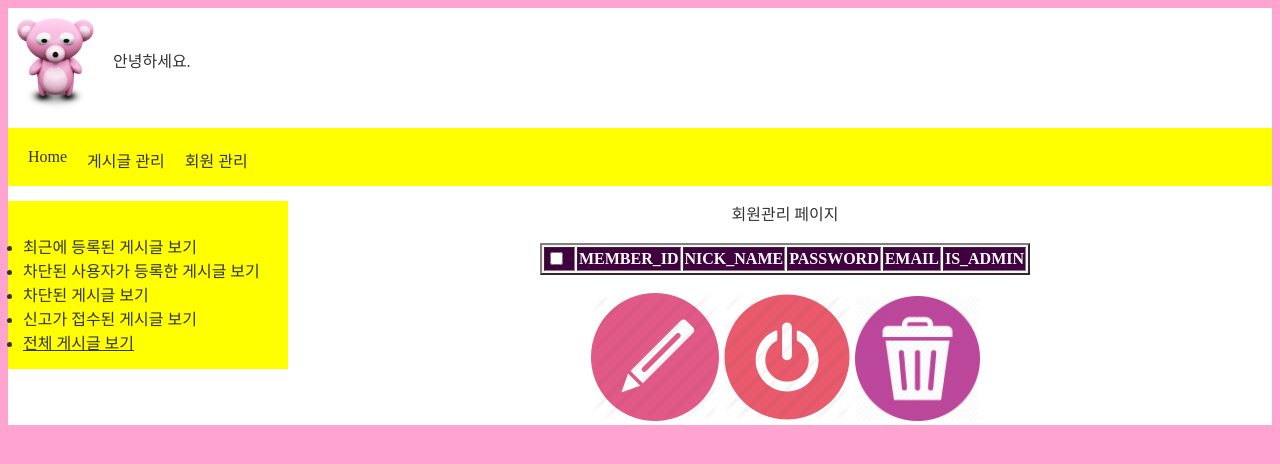
Repository: BaekJiGyeong/JSP_web
Page: http://localhost/Article-admin/WEB-INF/view/member/memberList.jsp
The author's editor kept a copy of each file at every save. The page is drawn from the files as they stood at one save, then again after the next save.
The browser window is 1280 px wide. The pictures show the whole page.
The page is served by Tomcat 9. Nobody is signed in. Other server files are loaded and not shown. The template is opened directly, without the code that normally fills it, so the values that code supplies are empty.

Above is the page before, as saved 2016-03-16 06:18:30.

### Article-admin/WebContent/WEB-INF/view/member/memberList.jsp
<%@ page language="java" contentType="text/html; charset=UTF-8"
    pageEncoding="UTF-8"%>
<%@taglib prefix="c" uri="http://java.sun.com/jsp/jstl/core" %>
<jsp:include page="/WEB-INF/view/common/header.jsp"></jsp:include>
<jsp:include page="/WEB-INF/view/article/leftMenu.jsp"></jsp:include>

<script type="text/javascript">
	$(document).ready(function(){
		$("#massiveSelectCheckBox").click(function(){
			 var isChecked = $(this).prop("checked");
			 $(".deleteMemberId").prop("checked",isChecked);
		});


		$("#massiveDeleteBtn").click(function(){
			var isChecked = false;

			$(".deleteMemberId").each(function(index,data){

				if (data.checked ) {
					isChecked = data.checked
				}
			});

			 if (!isChecked){
			alert("삭제할 대상을 선택하세요");
			return;
		}
			if(confirm("정말 삭제하시겠습니까?")){
				var form=$("#massiveDeleteForm");
				form.attr("method", "POST");
				form.attr("action", "<c:url value="/massiveDelete"/>");
				form.submit();
			}
		});
	});
</script>

<body>

<div id="members" align="center">
	회원관리 페이지
	<br/><br/>

	<table border="2" >
		<tr>
			<th><input type="checkbox" id="massiveSelectCheckBox"/></th>
			<th>MEMBER_ID</th>
			<th>NICK_NAME</th>
			<th>PASSWORD</th>
			<th>EMAIL</th>
			<th>IS_ADMIN</th>
		</tr>

	<form id="massiveDeleteForm">
	<c:forEach items="${ members }" var="members">
		<tr>
			<td>
				<input type="checkbox" class="deleteMemberId"
						name = "deleteMemberId"
						value ="${members.memberId }"/>
			</td>
			<td>${ members.memberId }</td>
			<td>${ members.nickName }</td>
			<td>${ members.password }</td>
			<td>${ members.email}</td>
			<td>${ members.isAdmin}</td>
	</tr>
	</c:forEach>
	</form>

	</table>
	<br/>


	<a href="<c:url value="/write"/>"><img src="<c:url value="/resource/img/write.png"/>" id="btnWrite" /></a>
	<a href="<c:url value="/logout"/>"><img src="<c:url value="/resource/img/exit.png"/>" id="btnExit" /></a>
	<img src="<c:url value="/resource/img/trashcan.png"/>" id="massiveDeleteBtn" width=125px height=125px; />


	</br>
</div>
</body>

### Article-admin/WebContent/WEB-INF/view/common/header.jsp
<%@ page language="java" contentType="text/html; charset=UTF-8"
    pageEncoding="UTF-8"%>
<%@ taglib prefix="c" uri="http://java.sun.com/jsp/jstl/core" %>
<!DOCTYPE html>
<html>
<head>
<meta http-equiv="Content-Type" content="text/html; charset=UTF-8">
<link rel="stylesheet" type="text/css" href="<c:url value="/resource/css/header.css"/>"/>
<link rel="stylesheet" type="text/css" href="<c:url value="/resource/css/login.css"/>"/>
<script type="text/javascript" src="<c:url value="/resource/js/jquery-1.12.1.js"/>"></script>


<title>관리자페이지</title>
</head>
<body>

	<div id="wrapper">

		<div id="header">


			<a href="<c:url value="/list"/>"><img src="<c:url value= "/resource/img/icon.png"/>"></a> <div>안녕하세요.</div>

		</div>
		<div class="clear"></div>
		<jsp:include page="/WEB-INF/view/common/topMenu.jsp"></jsp:include>
		<div class="clear"></div>

### Article-admin/WebContent/WEB-INF/view/common/topMenu.jsp
<%@ page language="java" contentType="text/html; charset=UTF-8"
    pageEncoding="UTF-8"%>

<%@ taglib prefix="c" uri="http://java.sun.com/jsp/jstl/core"%>

<script type="text/javascript">

$(document).ready(function(){

	$("#manageMember").click(function(){
		location.href = "<c:url value="/memberManage"/>";
	});

});
</script>

<div id="topNavi">
	<ul id="topMenu">
		<li>Home</li>
		<li>게시글 관리</li>
		<li id="manageMember">회원 관리</li>
	</ul>
</div>

### Article-admin/WebContent/WEB-INF/view/article/leftMenu.jsp
<%@ page language="java" contentType="text/html; charset=UTF-8"
    pageEncoding="UTF-8"%>
<%@ taglib prefix="c" uri="http://java.sun.com/jsp/jstl/core" %>
<div id="leftMenu">
	<ul>
		<li>최근에 등록된 게시글 보기</li>
		<li>차단된 사용자가 등록한 게시글 보기</li>
		<li>차단된 게시글 보기</li>
		<li>신고가 접수된 게시글 보기</li>
		<li>
			<a href="<c:url value="/list"/>">전체 게시글 보기</a>
		</li>
	</ul>
</div>

### Article-admin/WebContent/resource/css/header.css
@CHARSET "UTF-8";

body, input, div, span, p, a, td, th, caption, lable, h1, h2, h3, h4, h5, h6, textarea, iframe, ul, al, li, dd, dt, b, u, i, strong, pre, code, address, city, header, aside{
	color:#333333;
	font-family: "나눔바른고딕", "나눔고딕", "돋움체";
	font-size: 12pt;

}

table {
	background-color: #fff0f8;

}


img {
	/* 이미지 주변의 파란 줄 제거 */
	border: none;
}


body {
	background-color: #ffa4d1;
}

input {
	margin-right: 10px;
}
th {
	background-color: #400040;
	color:#ffffff;
}

div#wrapper {
	width: 100%;
	background-color: #FFFFFF;
}

div#header img {
	width: 95px;
	height: 95px;
	float: left;
	margin-top :10px;
	margin-right: 10px;
}

div#header div {
	padding-top: 40px;
	float: left;
}

div#listcss {
	float:left;
	background-color: #ffa4d1;
	padding : 10px;
}
div#reply{
	width: 50%;
}
ul#topMenu li{
	margin-left:20px;
	float:left;
	cursor: pointer;
}
ul#topMenu li:FIRST-CHILD{
	margin-left:0px;

}

div#topNavi ul#topMenu{
	list-style:none;
	display: inline;
	margin-left: 30px;
}
div#topNavi{
	padding-left: 20px;
	padding-top: 20px;
	padding-bottom: 20px;
	margin-top: 15px;
	margin-bottom: 15px;
	background-color: #ffff00;
}
div#leftMenu{
	float:left;
	width: 250px;
	height: 100%;
	padding: 15px;
	margin-right: 10px;
	background-color: #ffff00;


}
div#leftMenu ul{
	list-syle : none;
	display: inline;
}
div#leftMenu ul ui{
	padding-top:5px;
	padding-bottom:5px;
}
div#leftMenu ul ui:FIRST-CHILD{
	padding-top:0px;
}
div.clear{
	clear: both;
}

### Article-admin/WebContent/resource/css/login.css
@CHARSET "UTF-8";


#btnLogin{
	height:40px;
	float:right;
	margin-right:10px;
}
#btnJoin{
	height:40px;
	float:right;
	margin-right:10px;

}


div#login {
	text-align:right;
}


div#login input{
	margin-bottom:10px;
	float:right;
}

Loaded but not shown: Article-admin/WebContent/resource/js/jquery-1.12.1.js (library)

After the next save:
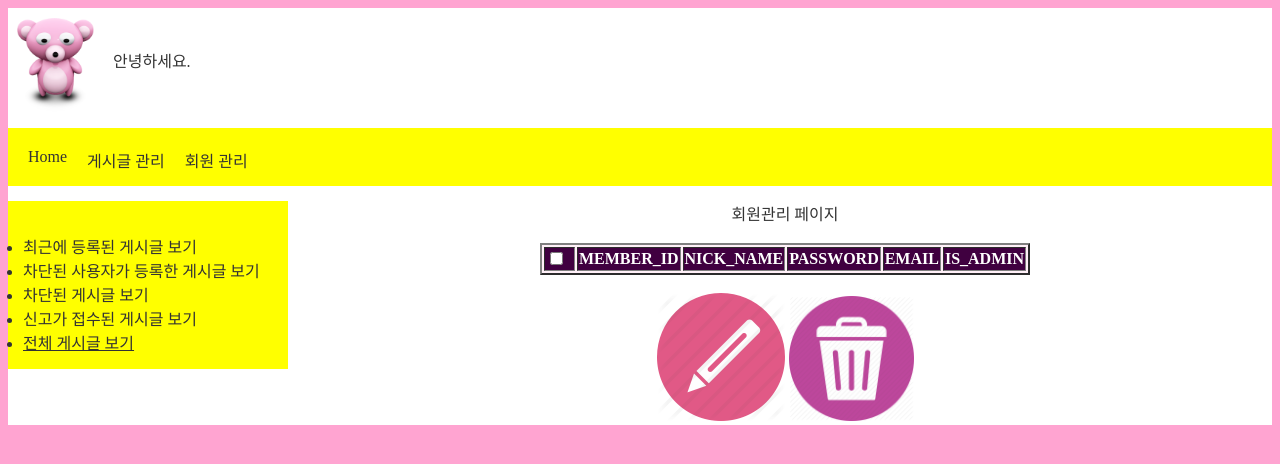
Saved 84 min 42 s later.
--- a/Article-admin/WebContent/WEB-INF/view/member/memberList.jsp
+++ b/Article-admin/WebContent/WEB-INF/view/member/memberList.jsp
@@ -12,7 +12,7 @@
 		});
 
 
-		$("#massiveDeleteBtn").click(function(){
+		$("#deleteBtn").click(function(){
 			var isChecked = false;
 
 			$(".deleteMemberId").each(function(index,data){
@@ -68,14 +68,12 @@
 	</tr>
 	</c:forEach>
 	</form>
-
 	</table>
 	<br/>
 
 
-	<a href="<c:url value="/write"/>"><img src="<c:url value="/resource/img/write.png"/>" id="btnWrite" /></a>
-	<a href="<c:url value="/logout"/>"><img src="<c:url value="/resource/img/exit.png"/>" id="btnExit" /></a>
-	<img src="<c:url value="/resource/img/trashcan.png"/>" id="massiveDeleteBtn" width=125px height=125px; />
+	<a href="<c:url value="/write"/>"><img src="<c:url value="/resource/img/write.png"/>" id="writeBtn" /></a>
+	<img src="<c:url value="/resource/img/trashcan.png"/>" id="deleteBtn" width=125px height=125px; />
 
 
 	</br>
